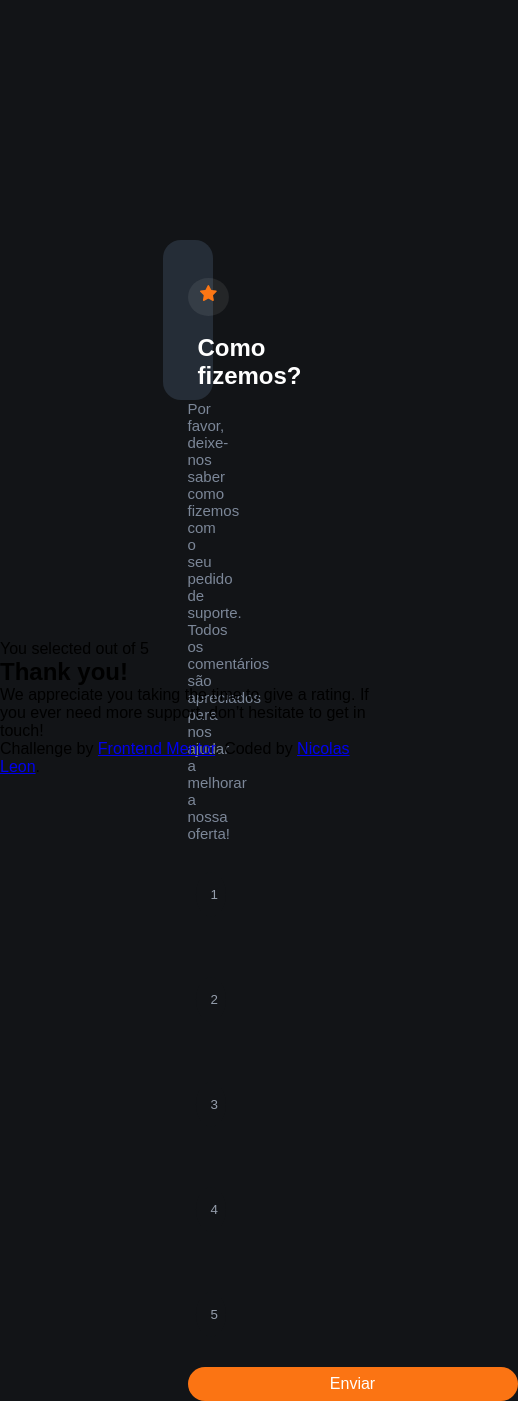
Repository: Leonngc/projeto-avaliacao
Page: index.html
These files come from the project's save history. The page is drawn as it stood at one moment and after the next save; the edit follows.
The browser window is 375 px wide. The page is 518 px wide, then 486 px, so the pictures cover 518 px, including what lies to the right of the window. The pictures show the whole page.

Above is the page before, as saved 2023-01-26 11:57:33.

After the next save:
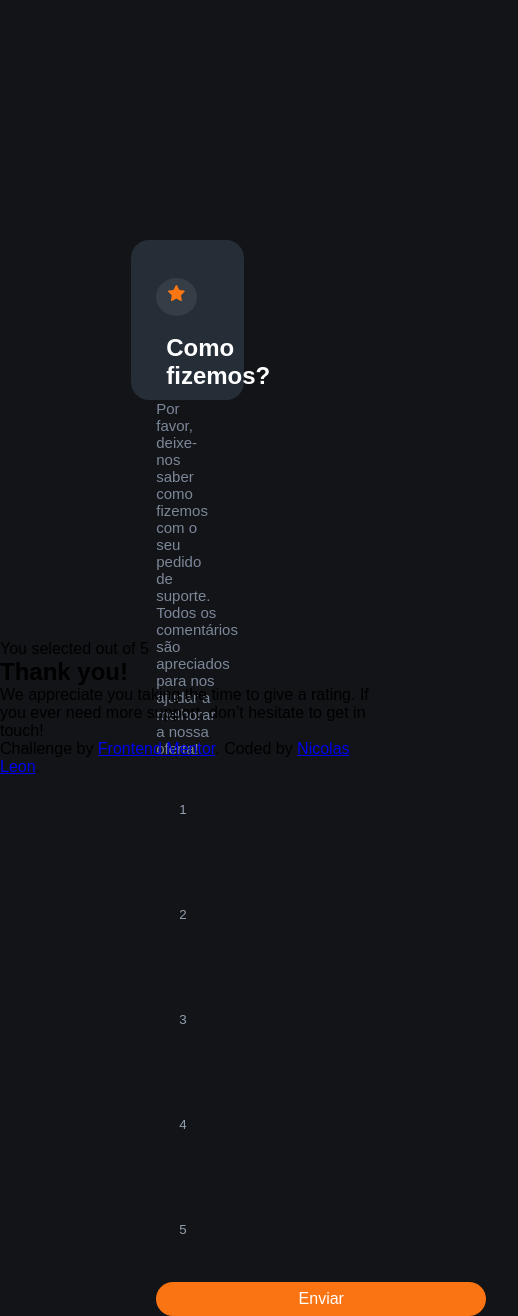
Saved 50 s later.
--- a/styles/style.css
+++ b/styles/style.css
@@ -86,7 +86,7 @@ span > img{
 
 @media screen and (max-width:600px){
     #avaliation-form{
-        width: 10vw;
+        width: 30vw;
         height: 20vh;
         font-size: 12px;
     }
